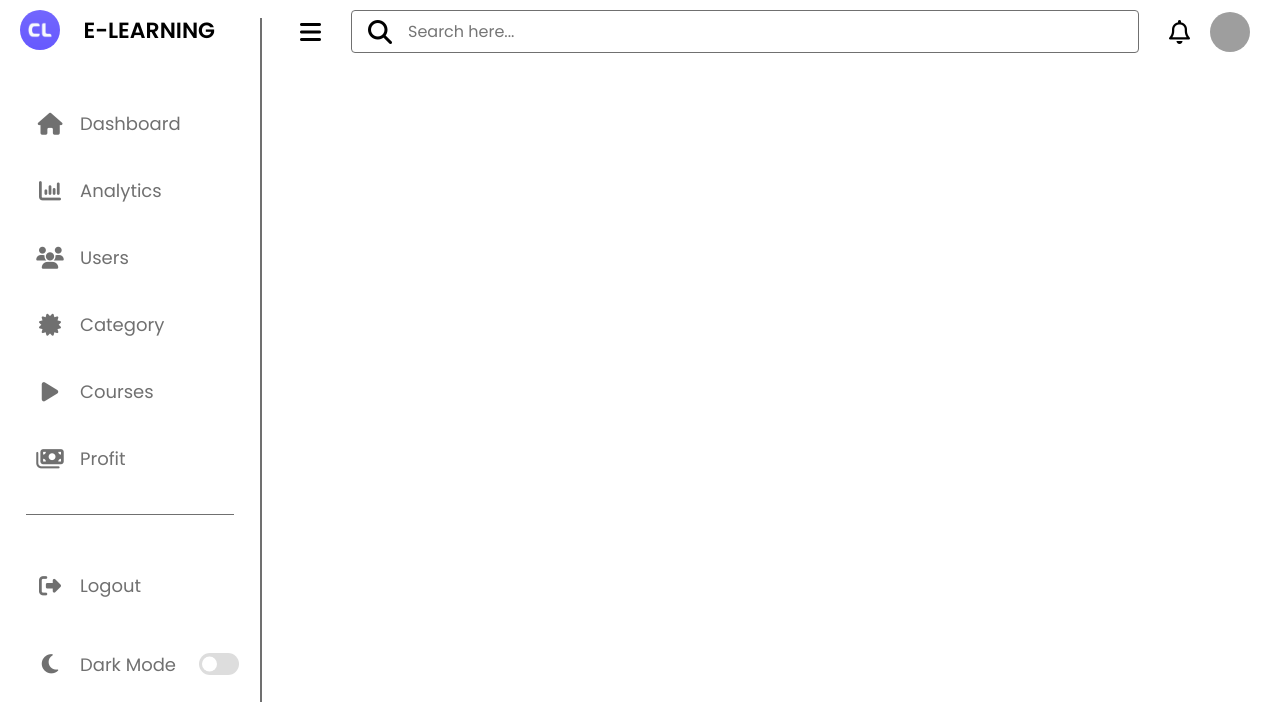
Repository: phamngocthang/practice-html-css
Page: Admin/dist/index.html
An editor plug-in stored every save of this project. The page is shown before and after the next save, followed by the edit.
The browser window is 1280 px wide. The pictures show the whole page.
Pictures or frames that could not be fetched are drawn as grey boxes. The style sheet was rebuilt from its Sass, Less or Tailwind sources for each picture, by a compiler version that may differ from the author's.

Above is the page before, as saved 2023-10-24 23:05:37.

After the next save:
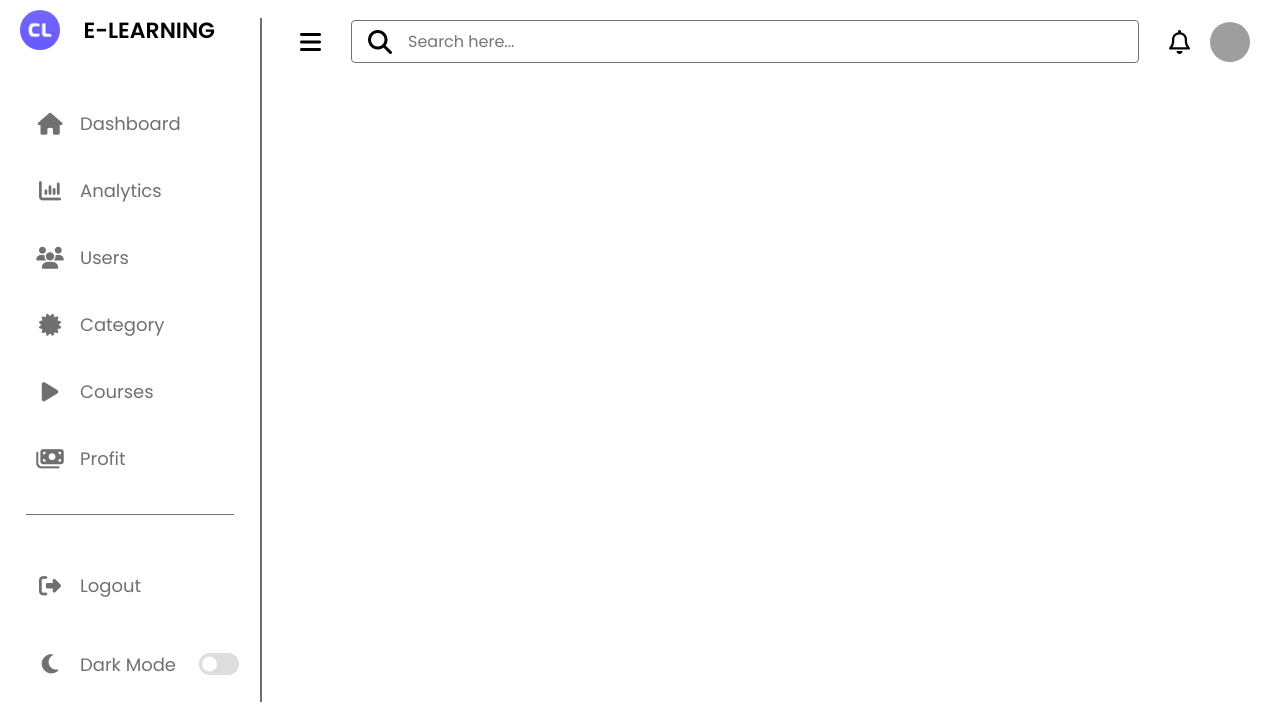
Saved 17 s later.
--- a/Admin/scss/main.scss
+++ b/Admin/scss/main.scss
@@ -185,7 +185,7 @@ nav {
     left: 260px;
     min-height: 100vh;
     position: relative;
-    padding: 10px 30px 10px 40px;
+    padding: 20px 30px 10px 40px;
 
     &::before {
         content: '';
